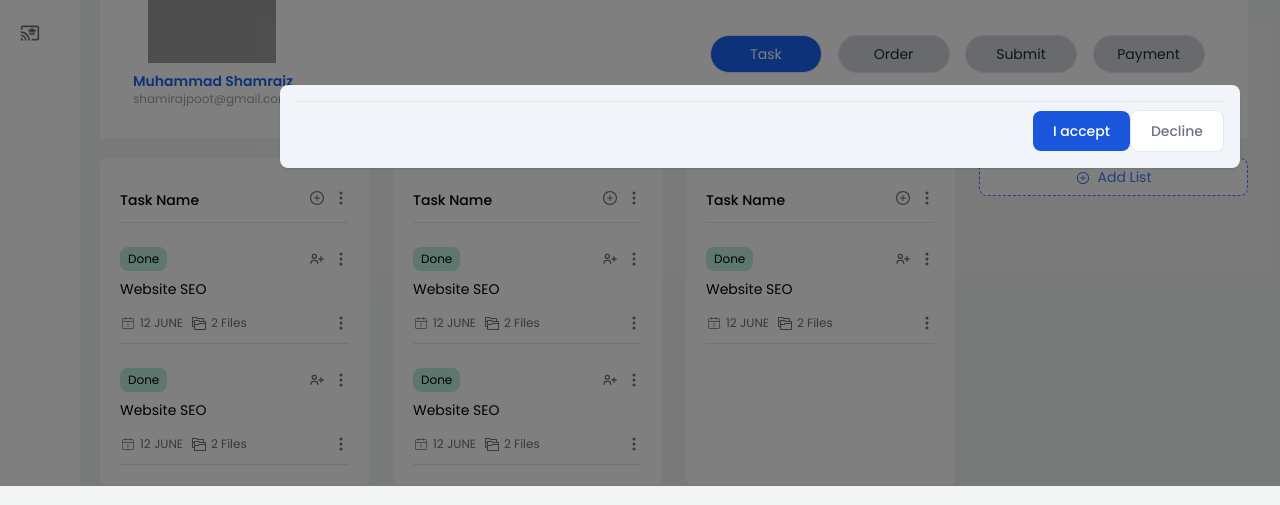
Repository: Shamraiz761/Frontend-Assessment
Page: /, after clicking the first element matching `button.bg-white`
The author's editor kept a copy of each file at every save. The page is drawn from the files as they stood at one save, then again after the next save.
The browser window is 1280 px wide. The pictures show the part of the page from y = 234 to 739 px (the page is 739 px tall).
Pictures or frames that could not be fetched are drawn as grey boxes. The project was rebuilt for these pictures with package versions that can differ from the ones it lists, and the page was loaded fresh each time. Also part of the build but not shown: vite.config.js. Imported but missing from the stored project, and not drawn on this page: src/pages/auth/login.

Above is the page before, as saved 2023-06-09 13:10:04.

### src/main.jsx
import ReactDOM from 'react-dom/client'

import React from 'react'

import App from './App.jsx'
import './index.css'

ReactDOM.createRoot(document.getElementById('root')).render(
  <React.StrictMode>
    <App />
  </React.StrictMode>,
)

### src/App.jsx
import React from 'react'
import { DndProvider } from 'react-dnd'
import { HTML5Backend } from 'react-dnd-html5-backend'
import 'flowbite'

import AppRoutes from './routes'

export default function App() {
  return (
    <DndProvider backend={HTML5Backend}>
      <AppRoutes />
    </DndProvider>
  )
}

### src/index.css
@import url("https://fonts.googleapis.com/css2?family=Poppins:wght@400;500;600;700;800;900&display=swap");

@tailwind base;
@tailwind components;
@tailwind utilities;

* {
  margin: 0;
  padding: 0;
}

body {
  margin: 0;
  font-family: "Poppins", -apple-system, BlinkMacSystemFont, "Segoe UI",
    "Roboto", "Oxygen", "Ubuntu", "Cantarell", "Fira Sans", "Droid Sans",
    "Helvetica Neue", sans-serif;
  -webkit-font-smoothing: antialiased;
  -moz-osx-font-smoothing: grayscale;
  width: 100vw;
  overflow-x: hidden;
  background-color: #f2f5f3;
  /* background: linear-gradient(180deg, #faefe8 0%, #edc7ac 100%); */
}

code {
  font-family: source-code-pro, Menlo, Monaco, Consolas, "Courier New",
    monospace;
}

.pointer-cursor {
  cursor: pointer;
}

.cusBorder {
  border: 1px solid #000;
  border-radius: 5px;
}

img {
  cursor: pointer;
}
.errors {
  color: #dc3545;
  padding: 0;
  margin: 0;
  font-size: 12px;
}
.loader {
  position: fixed;
  top: 0;
  bottom: 0;
  left: 0;
  right: 0;
  background-color: rgba(47, 151, 161, 0.32);

  display: flex;
  justify-content: center;
  align-items: center;
}

.link {
  color: #000;
  cursor: pointer;
  text-decoration: none;
}
.link:hover {
  color: #000;
}

.trans-btn {
  background-color: transparent;
  border: none;
}
.profile-logout-btn {
  border: 0;
}
.profile-logout-btn:hover {
  border: 0;
}
.profile-btn {
  border-radius: 0;
  border: 0;
}
.logout-btn {
  border-radius: 0;
  border: 0;
}
.logout-btn:hover {
  background-color: rgba(220, 53, 69, 0.5);
  border: 0;
  color: #fff;
}
.breadcrumbs ul {
  list-style: none;
  display: inline-block;
}

.breadcrumbs ul li {
  display: inline;
}

.breadcrumbs ul li .bc-link {
  /* display: block; */
  width: max-content;
  background-color: #f8f9fa;
  padding: 6px 15px 6px 25px;
  text-align: center;
  position: relative;
  margin: 0 10px 0 0;
  font-size: 15px;
  text-decoration: none;
  color: #000;
}
.breadcrumbs ul li .bc-link::after {
  content: "";
  border-top: 17px solid transparent;
  border-bottom: 17px solid transparent;
  border-left: 17px solid #f8f9fa;
  position: absolute;
  top: 0;
  right: -17px;
  z-index: 1;
}
.breadcrumbs ul li .bc-link::before {
  content: "";
  border-top: 17px solid transparent;
  border-bottom: 17px solid transparent;
  border-left: 17px solid #71cdd5;
  position: absolute;
  top: 0;
  left: 0;
}
.breadcrumbs ul li:first-child .bc-link {
  border-top-left-radius: 5px;
  border-bottom-left-radius: 5px;
}
.breadcrumbs ul li:first-child .bc-link::before {
  display: none;
}

.breadcrumbs ul li:last-child .bc-link {
  padding-right: 20px;
  border-top-right-radius: 5px;
  border-bottom-right-radius: 5px;
}
.breadcrumbs ul li:last-child .bc-link::after {
  display: none;
}

@media screen and (max-width: 500px) {
  .breadcrumbs ul li .bc-link {
    /* display: block; */
    padding: 2px 2px 2px 13px;
    /* margin: 0 10px 0 0; */
    font-size: 14px;
  }

  .breadcrumbs ul li .bc-link::after {
    content: "";
    border-top: 11.6px solid transparent;
    border-bottom: 11.6px solid transparent;
    border-left: 11.6px solid #f8f9fa;
    position: absolute;
    top: 0;
    right: -11.6px;
    z-index: 1;
  }
  .breadcrumbs ul li .bc-link::before {
    content: "";
    border-top: 11.6px solid transparent;
    border-bottom: 11.6px solid transparent;
    border-left: 11.6px solid #71cdd5;
    position: absolute;
    top: 0;
    left: 0;
  }
  .breadcrumbs ul li:last-child .bc-link {
    padding-right: 5px;
  }
}

@media screen and (max-width: 350px) {
  .breadcrumbs ul li .bc-link {
    /* display: block; */
    padding: 2px 2px 2px 12px;
    /* margin: 0 10px 0 0; */
    font-size: 10px;
  }

  .breadcrumbs ul li .bc-link::after {
    content: "";
    border-top: 9px solid transparent;
    border-bottom: 9px solid transparent;
    border-left: 9px solid #f8f9fa;
    position: absolute;
    top: 0;
    right: -9px;
    z-index: 1;
  }
  .breadcrumbs ul li .bc-link::before {
    content: "";
    border-top: 9px solid transparent;
    border-bottom: 9px solid transparent;
    border-left: 9px solid #edc7ac;
    position: absolute;
    top: 0;
    left: 0;
  }
  .breadcrumbs ul li:last-child .bc-link {
    padding-right: 5px;
  }
}

/* ********************************************** */

### src/routes/index.jsx
import {
  createBrowserRouter,
  createRoutesFromElements,
  RouterProvider,
  Route,
} from "react-router-dom";

import * as React from "react";

import Layout from "./layout";
import Root from "./root";

import Home from "../pages/dashboard";
import Login from "../pages/auth/login";
import Header from "../components/header/index";

export default function AppRoutes() {
  const router = createBrowserRouter(
    createRoutesFromElements(
      <Route path="/" element={<Root />}>
        <Route path="/login" element={<Login />} />

        <Route element={<Layout />}>
          <Route path="/" element={<Home />} />
        </Route>
      </Route>
    )
  );

  return <RouterProvider router={router} />;
}

### src/routes/layout.jsx
import { Link, Outlet, useNavigate } from "react-router-dom";
import { Gi3DGlasses } from "react-icons/gi";
import { CgProfile } from "react-icons/cg";
import { BsArrowLeft, BsFillChatSquareTextFill } from "react-icons/bs";
import { MdOutlineDashboard, MdOutlineCastForEducation } from "react-icons/md";

import React, { useState } from "react";
import Header from "../components/header/index";

export default function Layout() {
  const [open, setOpen] = useState(false);
  const [type, setType] = useState(false);
  const navigate = useNavigate();
  return (
    <div>
      {/* {loading && <LoadingSpinner asOverlay />} */}
      <div
        className={` h-screen bg-white  p-3 ${
          open ? "w-56" : "w-20"
        } fixed top-0 sidebar z-50`}
      >
        {/* Logo */}

        <div className="flex flex-row justify-center">
          <svg
            width="67"
            height="67"
            viewBox="0 0 67 67"
            fill="none"
            xmlns="http://www.w3.org/2000/svg"
            className={` text-4xl block float-left cursor-pointer rounded duration-500 ${
              !open && "rotate-[360deg]"
            }`}
            onClick={() => {
              setOpen(!open);
              setType(false);
            }}
          >
            <path
              d="M22.138 15.2984L30.8759 24.0363C32.3276 25.488 34.7005 25.488 36.1522 24.0363L44.8901 15.2984C47.2351 12.9534 45.588 8.90552 42.238 8.90552H24.7622C21.4401 8.90552 19.7651 12.9534 22.138 15.2984Z"
              fill="#208FF5"
            />
            <path
              d="M22.138 51.7017L30.8759 42.9637C32.3276 41.5121 34.7005 41.5121 36.1522 42.9637L44.8901 51.7017C47.2351 54.0467 45.588 58.0946 42.238 58.0946H24.7622C21.4401 58.0946 19.7651 54.0467 22.138 51.7017Z"
              fill="#208FF5"
            />
            <path
              d="M6.03002 31.9088L12.423 21.8588C13.428 20.2676 15.6614 20.0163 17.0014 21.3563L27.0514 31.4063C28.1959 32.5509 28.1959 34.4213 27.0514 35.5659L17.0014 45.6159C15.6614 46.9559 13.456 46.7047 12.423 45.1134L6.03002 35.0634C5.44377 34.1142 5.44377 32.8859 6.03002 31.9088Z"
              fill="#208FF5"
            />
            <path
              d="M60.9701 31.9088L54.5771 21.8588C53.5721 20.2676 51.3387 20.0163 49.9987 21.3563L39.9488 31.4063C38.8042 32.5509 38.8042 34.4213 39.9488 35.5659L49.9987 45.6159C51.3387 46.9559 53.5442 46.7047 54.5771 45.1134L60.9701 35.0634C61.5563 34.1142 61.5563 32.8859 60.9701 31.9088Z"
              fill="#208FF5"
            />
          </svg>
        </div>

        {/* Search */}

        <ul className="pt-2">
          {/* Dashboard */}
          <Link
            to="/"
            className={` rounded-md text-gray-500  text-xs flex items-center gap-x-4 cursor-pointer hover:bg-gray-50 hover:text-blue-500 py-4 p-2`}
          >
            <span className="text-xl block float-left">
              <MdOutlineDashboard />
            </span>
            <span
              className={` text-sm font-md flex-1
          ${!open && "hidden"}`}
            >
              Marketplace
            </span>
          </Link>

          <Link
            className={` rounded-md text-gray-500  text-xs flex items-center gap-x-4 cursor-pointer hover:bg-gray-50 hover:text-blue-500 py-4 p-2`}
            to="/profile"
          >
            <span className="text-xl block float-left">
              <CgProfile />
            </span>
            <span
              className={` text-xs font-md flex-1
          ${!open && "hidden"}`}
            >
              Profile
            </span>
          </Link>

          {/* Lens */}
          <Link
            className={` rounded-md text-gray-500  text-xs flex items-center gap-x-4 cursor-pointer hover:bg-gray-50 hover:text-blue-500 py-4 p-2`}
            to="/chat"
          >
            <span className="text-lg block float-left">
              <BsFillChatSquareTextFill />
            </span>
            <span
              className={` text-xs font-md flex-1
          ${!open && "hidden"}`}
            >
              Chat
            </span>
          </Link>

          {/* Orders */}
          <Link
            className={` rounded-md text-gray-500  text-xs flex items-center gap-x-4 cursor-pointer hover:bg-gray-50 hover:text-blue-500 py-4 p-2`}
            to="/education"
          >
            <span className="text-xl block float-left">
              <MdOutlineCastForEducation />
            </span>
            <span
              className={` text-xs font-md flex-1
          ${!open && "hidden"}`}
            >
              Education
            </span>
          </Link>
        </ul>
      </div>
      <div className={` ${open ? "ml-56" : "ml-20"}`}>
        <Header />
        <Outlet />
      </div>
    </div>
  );
}

### src/routes/root.jsx
import { Outlet } from 'react-router-dom'

import React from 'react'

export default function Root() {
    return (
        <Outlet />
    )
}

### src/pages/Dashboard/index.jsx
import { AiOutlinePlusCircle } from "react-icons/ai";
import { BsThreeDotsVertical } from "react-icons/bs";

import React, { useState } from "react";

import "./index.css";
import Profile from "../../components/dashboard/profile";
import Card from "../../components/dashboard/card";

function Home() {
  const [isModalOpen, setIsModalOpen] = useState(false);

  const toggleModal = () => {
    setIsModalOpen(!isModalOpen);
  };

  return (
    <div className="mr-3">
      <Profile />
      <div className="m-5 grid grid-cols-1 sm:grid-cols-2 md:grid-cols-3 lg:grid-cols-4 gap-6 ">
        <div className="bg-white p-5 rounded-md">
          <div className="flex flex-row justify-between py-3 border-b">
            <div className="text-sm font-medium">Task Name</div>
            <div className="flex flex-row text-gray-500">
              <AiOutlinePlusCircle className="mr-2" />
              <BsThreeDotsVertical />
            </div>
          </div>
          <Card />
          <Card />
        </div>
        <div className="bg-white p-5 rounded-md">
          <div className="flex flex-row justify-between py-3 border-b">
            <div className="text-sm font-medium">Task Name</div>
            <div className="flex flex-row text-gray-500">
              <AiOutlinePlusCircle className="mr-2" />
              <BsThreeDotsVertical />
            </div>
          </div>
          <Card />
          <Card />
        </div>
        <div className="bg-white p-5 rounded-md">
          <div className="flex flex-row justify-between py-3 border-b">
            <div className="text-sm font-medium">Task Name</div>
            <div className="flex flex-row text-gray-500">
              <AiOutlinePlusCircle className="mr-2" />
              <BsThreeDotsVertical />
            </div>
          </div>
          <Card />
        </div>

        <div>
          <button
            onClick={toggleModal}
            className="bg-white flex flex-row justify-center text-blue-500 rounded-lg border border-dashed border-blue-500 px-2 py-2 text-sm w-full"
            type="button"
          >
            <AiOutlinePlusCircle className="mr-2 mt-1" />
            <h1>Add List</h1>
          </button>
          {isModalOpen && (
            <div className="fixed  top-0 left-0 right-0 bottom-0 z-50   bg-opacity-50 bg-black">
              <div className="  min-h-screen flex items-center justify-center ">
                <div className="absolute w-9/12 ml-60 bg-slate-100 rounded-lg shadow p-4">
                  <div className="grid grid-cols-4">
                    <div className="col-span-3">
                      <div className="grid grid-cols-1 md:grid-cols-2 lg:grid-cols-3 flex-wrap">
                        <div className="card bg-white rounded-lg shadow-lg">
                          <div className="flex flex-row"></div>
                        </div>
                      </div>
                    </div>
                  </div>
                  <div className="flex items-center justify-end border-t pt-2">
                    <button
                      onClick={toggleModal}
                      type="button"
                      className="text-white bg-blue-700 hover:bg-blue-800 focus:ring-4 focus:outline-none focus:ring-blue-300 font-medium rounded-lg text-sm px-5 py-2.5"
                    >
                      I accept
                    </button>
                    <button
                      onClick={toggleModal}
                      type="button"
                      className="text-gray-500 bg-white hover:bg-gray-100 focus:ring-4 focus:outline-none focus:ring-blue-300 rounded-lg border border-gray-200 text-sm font-medium px-5 py-2.5 hover:text-gray-900"
                    >
                      Decline
                    </button>
                  </div>
                </div>
              </div>
            </div>
          )}
        </div>
      </div>
    </div>
  );
}
export default Home;

### src/components/header/index.jsx
import { IoIosNotifications } from "react-icons/io";

import React from "react";
import { CgProfile } from "react-icons/cg";

function Header() {
  return (
    <div>
      {/* component */}
      <nav className=" bg-white w-full flex relative justify-between items-center mx-auto px-8 py-4 h-16">
        {/* search bar */}
        <div className="hidden sm:block flex-shrink flex-grow-0 justify-start px-2">
          <div className="inline-block">
            <div className="inline-flex items-center max-w-full">
              <input
                className="flex items-center text-gray-400 bg-slate-50 justify-between  flex-grow-0  relative w-72 border rounded-lg  py-1"
                type="search"
                placeholder="Search"
              />

              <div className="flex items-center justify-center relative  h-8 w-24 rounded-full"></div>
            </div>
          </div>
        </div>

        <div className="flex-initial">
          <div className="flex justify-end items-center relative">
            <div className="block">
              <div className="inline relative sm:flex sm:flex-row sm:justify-center">
                <button
                  type="button"
                  className="inline-flex items-center relative px-2  rounded-full hover:shadow-lg"
                >
                  <IoIosNotifications className="text-gray-400 text-xl" />
                </button>
                <button
                  type="button"
                  className="inline-flex items-center relative px-2  rounded-full hover:shadow-lg"
                >
                  <CgProfile className="text-gray-400 text-xl" />
                </button>
              </div>
            </div>
          </div>
        </div>
        {/* end login */}
      </nav>
    </div>
  );
}

export default Header;

### src/pages/Dashboard/index.css
.dashboard-cover-iamge{
    background: url("../../assets/images/dashboard-back.png");
    background-position: center;
    background-repeat: no-repeat;
    background-size: cover;

}

### src/components/dashboard/profile.jsx
import profile from "../../assets/images/Ellipse 1631.png";

import React from "react";

function Profile() {
  return (
    <div className="m-5  w-[11/12] md:h-72 h-[360px]  bg-white">
      <div className="dashboard-cover-iamge h-[150px]  w-[100%]"></div>
      <div className="grid lg:grid-cols-2 grid-cols-1 md:grid-cols-2 flex-row justify-between flex-wrap">
        <div className="ml-12">
          <img src={profile} className="h-32 w-32 mt-[-65px]  " />
          <h1 className="text-blue-600 font-semibold text-sm ml-[-15px] mt-2">
            Muhammad Shamraiz
          </h1>
          <p className="text-gray-400 text-xs font-thin ml-[-15px]">
            shamirajpoot@gmail.com
          </p>
        </div>
        <div className="grid my-3 grid-cols-2 lg:grid-cols-4 md:justify-end justify-between mx-8 items-center ">
          <button className="btn border  rounded-full w-24 lg:w-28 m-1  px-4 py-2 bg-blue-600 text-sm  text-white">
            Task
          </button>
          <button className="btn border  rounded-full w-24 lg:w-28 m-1 px-4 py-2 bg-gray-300 text-sm  text-gray-800">
            Order
          </button>
          <button className="btn border  rounded-full w-24 lg:w-28  m-1 px-4 py-2 bg-gray-300 text-sm  text-gray-800">
            Submit
          </button>
          <button className="btn border  rounded-full w-24 lg:w-28 m-1 px-4 py-2 bg-gray-300 text-sm  text-gray-800">
            Payment
          </button>
        </div>
      </div>
    </div>
  );
}

export default Profile;

### src/components/dashboard/card.jsx
import { BiUserPlus } from "react-icons/bi";
import { CiCalendarDate } from "react-icons/ci";
import { VscFileSubmodule } from "react-icons/vsc";
import { BsThreeDotsVertical } from "react-icons/bs";

import React from "react";

function Card() {
  return (
    <div className="border-b py-3">
      <div className="flex flex-row justify-between mt-3 ">
        <span className="bg-green-200 px-2 py-1 rounded-lg text-xs font-thin">
          Done
        </span>
        <div className="flex flex-row text-gray-500 mt-1">
          <BiUserPlus className="mr-2 " />
          <BsThreeDotsVertical />
        </div>
      </div>
      <h1 className="text-sm my-2">Website SEO</h1>

      <div className="flex flex-row justify-between mt-3">
        <div className="flex flex-row">
          <div className="flex flex-row text-gray-500 mt-1">
            <CiCalendarDate className="mr-1" />
            <p className="text-xs font-thin text-gray-500 mr-2">12 JUNE</p>
          </div>
          <div className="flex flex-row text-gray-500 mt-1">
            <VscFileSubmodule className="mr-1" />
            <p className="text-xs font-thin text-gray-500 mr-2">2 Files</p>
          </div>
        </div>
        <div className="flex flex-row text-gray-500 mt-1">
          <BsThreeDotsVertical />
        </div>
      </div>
    </div>
  );
}

export default Card;

### tailwind.config.cjs
const colors = require('tailwindcss/colors');
const defaultTheme = require('tailwindcss/defaultTheme');

module.exports = {
  content: ['./src/**/*.{js,jsx,ts,tsx}', "node_modules/flowbite/**/*.js"],
  theme: {
    extend: {
      colors: {
        // set primary color from figma
        // primary: {
        // },
      },
      fontFamily: {
        poppins: ['Poppins', ...defaultTheme.fontFamily.sans],
      },
      fontSize: {
        xxs: '0.5rem',
      },
    },
  },
  plugins: [
    require('flowbite/plugin')
  ],

};

Loaded but not shown: index.html (common file)

After the next save:
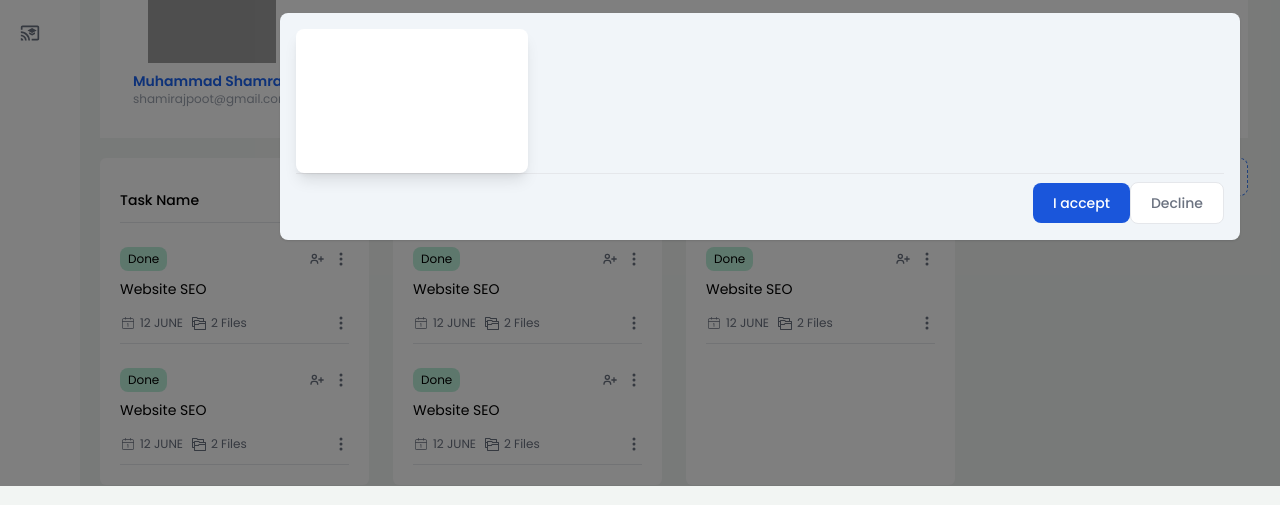
Saved 29 s later.
--- a/src/pages/Dashboard/index.jsx
+++ b/src/pages/Dashboard/index.jsx
@@ -68,7 +68,7 @@ function Home() {
                     <div className="col-span-3">
                       <div className="grid grid-cols-1 md:grid-cols-2 lg:grid-cols-3 flex-wrap">
                         <div className="card bg-white rounded-lg shadow-lg">
-                          <div className="flex flex-row"></div>
+                          <div className="flex flex-row justify-center h-36 "></div>
                         </div>
                       </div>
                     </div>
